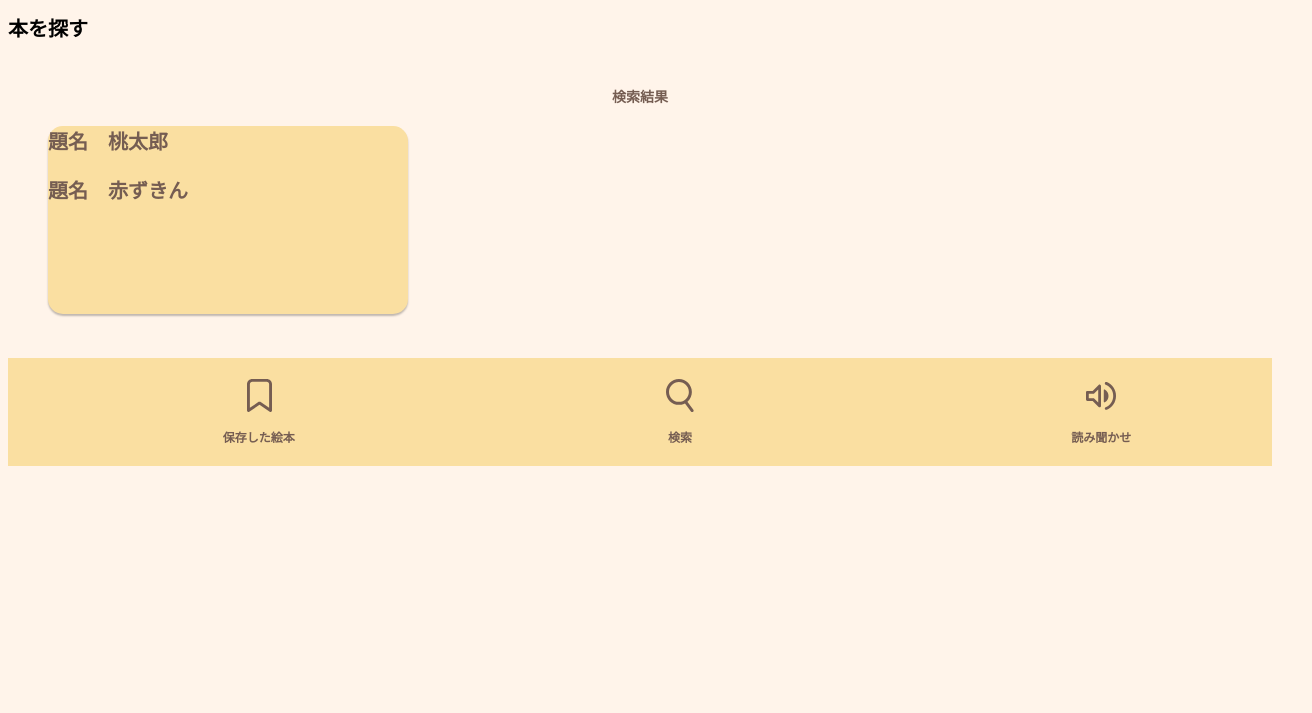
Repository: kmii12/2024-teampj
Page: /result
The author's editor kept a copy of each file at every save. The page is drawn from the files as they stood at one save, then again after a run of saves.
The browser window is 1280 px wide. The page is 1312 px wide, so the pictures cover 1312 px, including what lies to the right of the window. The pictures show the whole page.
Some web fonts or font styles are not loaded; a fallback is used. The project was rebuilt for these pictures with package versions that can differ from the ones it lists, and the page was loaded fresh each time. The framework's server and built-in components were replaced by stand-ins that run in the browser. Also part of the build but not shown: next.config.mjs.

Above is the page before, as saved 2024-10-23 10:30:25.

After the next 2 saves:
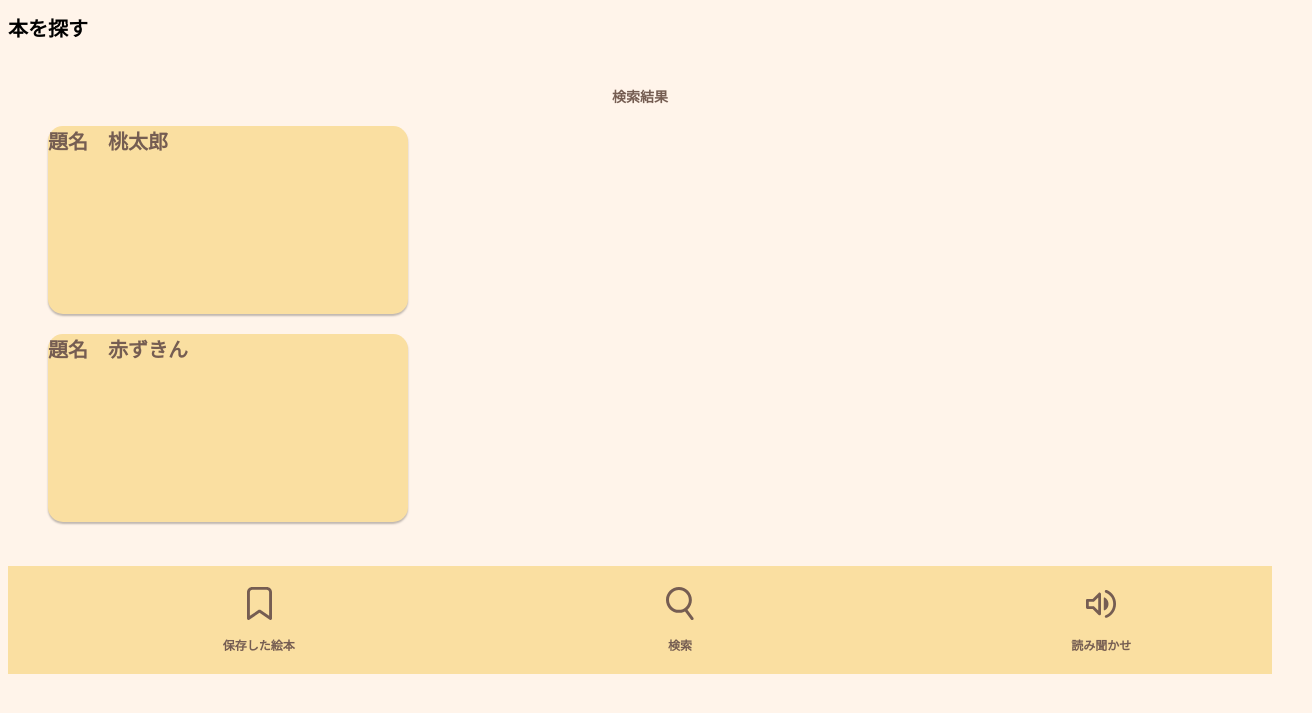
The 2 saves are shown as one change because they came seconds apart.
The last was saved 9 min 22 s later.
--- a/src/app/result/Result.module.scss
+++ b/src/app/result/Result.module.scss
@@ -14,7 +14,7 @@
     font-size: 2em;
   }
 
-  .resultItemWrap {
+  li {
     width: 360px;
     height: 188px;
     background-color: $main;
